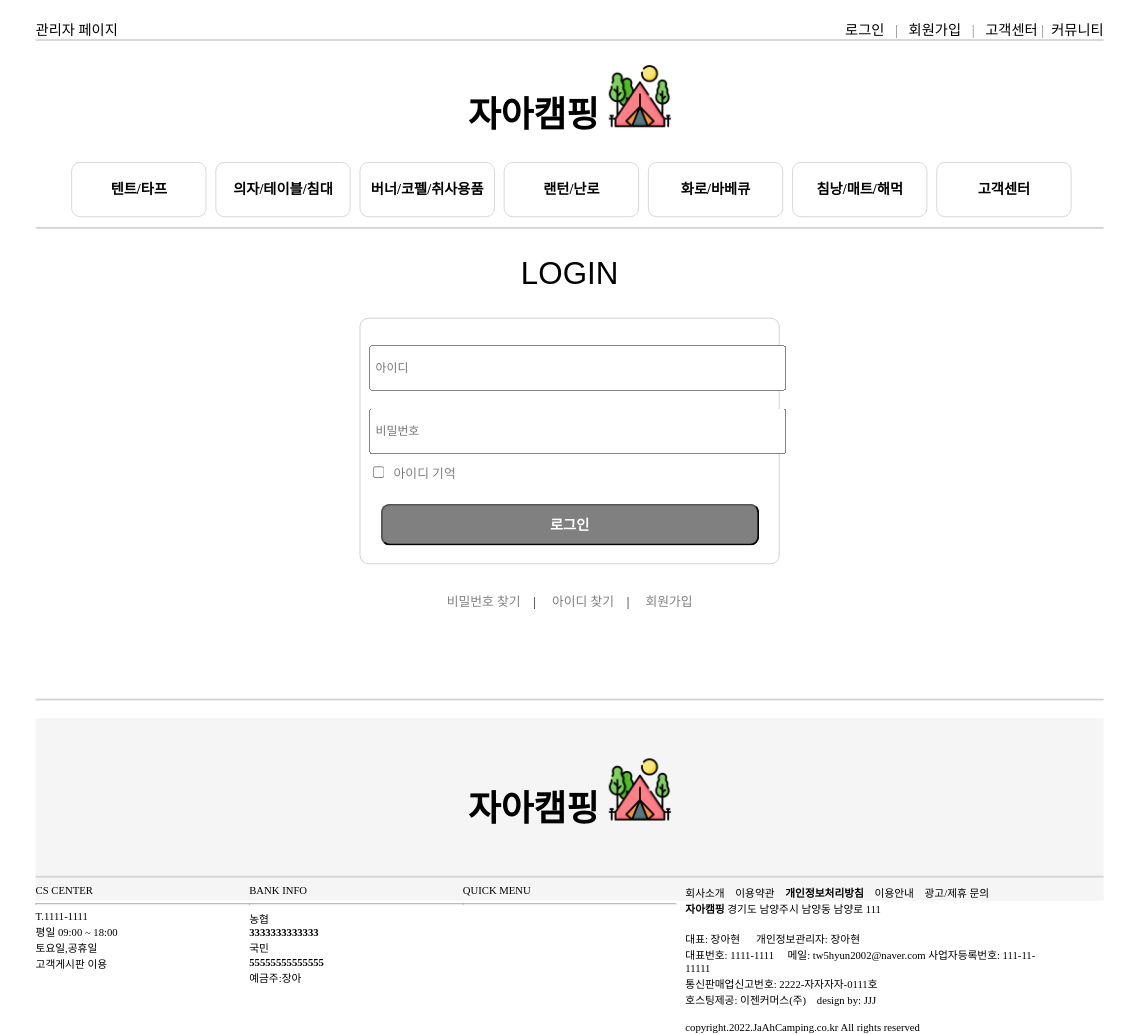
Repository: JJang-Ah/JSP-shoping-mall-project
Page: http://localhost/JaAhCamping/logon/memberLoginForm.jsp
The author's editor kept a copy of each file at every save. The page is drawn from the files as they stood at one save, then again after the next save.
The browser window is 1280 px wide. The pictures show the whole page, at 89% of full size.
Some web fonts or font styles are not loaded; a fallback is used. The page is served by Tomcat 9. Other server files are loaded and not shown.

Above is the page before, as saved 2022-06-12 14:45:52.

### JaAhCamping/WebContent/logon/memberLoginForm.jsp
<%@ page language="java" contentType="text/html; charset=UTF-8"
    pageEncoding="UTF-8"%>
<!DOCTYPE html>
<html>
<head>
<meta charset="UTF-8">
<title>로그인 폼</title>
<style>
@import url('https://fonts.googleapis.com/css2?family=Hammersmith+One&family=Paytone+One&display=swap');
#container { width: 1200px; margin: 0 auto;}
/* 상단 - 메인, 서브 타이틀 */
.t_title { font-family: 'Hammersmith One', sans-serif; font-size: 2.2em; text-align: center; margin: 30px 0;}

/* 중단 - 입력창 */
.f_input { width: 450px; text-align: center; border: 1px solid #ccc; padding: 10px; margin: 30px auto; border-radius: 10px;}
.f_input .c_id, .f_input .c_pwd { height: 45px; margin-top: 20px; padding-left: 5px;}
.f_input .f_chk { text-align: left; margin-top: 10px; font-size: 0.9em; color: gray;}
.f_input #btn_Login { width: 425px; height: 47px; margin-top: 25px; background: gray; color: white;
 font-size: 16px; font-weight: bold; cursor: pointer; margin-top: 25px; margin-bottom: 10px; border-radius: 10px;}

 /* 하단 - 비밀번호 찾기, 아이디 찾기, 회원가입 */
 .f_a { text-align: center; margin-top: 30px; font-size: 0.9em;}
 .f_a a {color: gray;}
 .t_line { border: 1px solid #e9ecef; margin: 20px 0;}


</style>

<script>
	document.addEventListener("DOMContentLoaded", function() {
		let form = document.loginForm;
		// 로그인 버튼을 클릭했을 때 유효성 검사 (공백 유무)
		let btn_Login = document.getElementById("btn_Login");
		btn_Login.addEventListener("click", function() {
			if(!form.id.value) {
				alert('아이디를 입력하시오.!');
				form.id.focus();
				return;
			}

			if(!form.pwd.value) {
				alert('비밀번호를 입력하시오.!');
				form.pwd.focus();
				return;
			}

			// 아이디 기억하기
			let now = new Date(); // 오늘 날짜
			let name = "cookieId"; // 쿠키 이름
			let value = form.id.value; // 쿠키 값

			if(form.chk.checked == true) { // 체크박스를 체크했을 때 -> 쿠키 생성
				// 만료시간: 지금으로부터 7일 후로 설정, 만료시간으로 사용
				now.setDate(now.getDate() + 7);
			} else { // 체크박스를 해제했을 때 -> 쿠키 삭제
				// 만료시간: 지금 시간으로 설정
				now.setDate(now.getDate() + 0);
			}

			// 쿠키 생성시에 필요한 정보 - 쿠키의 이름과 값, 위치, 만료시간
			// ;path=/;expires= : 현재 페이지의 위치
			document.cookie = name + "=" + escape(value) + ";path=/;expires=" +now.toGMTString() + ";";

			form.submit();
		})


		// 쿠키가 생성되어 있을 때 쿠키에 저장된 값인 아이디를 아이디 입력상자에 놓도록 하는 작업
		// 쿠키 확인 - 쿠키가 존재한다면
		if(document.cookie.length > 0) {
			var search = "cookieId=";
			var idx = document.cookie.indexOf(search); // 쿠키 중에서 cookieId=이 나오는 위치
			if(idx != -1) { // cookieId값이 존재한다면
				idx += search.length;
				var end = document.cookie.indexOf(';', idx);

				if(end == -1) {
					end = document.cookie.length;
				}

				form.id.value = document.cookie.substring(idx, end);
				form.chk.checked = true;
			}
		}
	})
</script>
</head>
<body>

<div id="container">
	<jsp:include page="../mall/shopTop.jsp"></jsp:include>
	<div class="t_title">LOGIN</div>

	<form action="memberLoginPro.jsp" method="post" name="loginForm">
		<div class="f_input">
			<div class="f_id"><input type="text" id="id" name="id" class="c_id" placeholder="아이디" size="55"></div>
			<div class="f_pwd"><input type="password" id="pwd" name="pwd" class="c_pwd" placeholder="비밀번호" size="55"></div>
			<div class="f_chk">
				<input type="checkbox" id="chk" class="c_chk" size="55" name="chk">&nbsp;
				<label for="chk">아이디 기억</label>
			</div>
			<div class="f_submit"><input type="button" value="로그인" id="btn_Login"></div>
		</div>
		<div class="f_a">
			<a href="#">비밀번호 찾기</a>&emsp;|&emsp;
			<a href="#">아이디 찾기</a>&emsp;|&emsp;
			<a href="../member/memberJoinForm.jsp">회원가입</a>
		</div>
	</form>
	<hr class="t_line">
	<jsp:include page="../mall/shopBottom.jsp"></jsp:include>
</div>

</body>
</html>

### JaAhCamping/WebContent/mall/shopTop.jsp
<%@ page language="java" contentType="text/html; charset=UTF-8"
    pageEncoding="UTF-8"%>
<!DOCTYPE html>
<html>
<head>
<meta charset="UTF-8">
<title>Insert title here</title>
<link href="https://fonts.googleapis.com/css2?family=Do+Hyeon&display=swap" rel="stylesheet">

<style>
#container { width: 1200px; margin: 20px auto;}
/* 상단 */
a { text-decoration: none; color: black;}
.t_box1 { text-align: right;}
.t_box1 #admin_page { display: inline-block; float: left;}
.t_box1 .user_menu { display: inline-block; float: right; color: gray;}
.h_line { clear: both; border: 1px solid lightgray; margin-top: 20px;}
.title { text-align: center; font-family: 'Do Hyeon', sans-serif; font-size: 40px;}
#camping { width: 70px; height: 70px;}
#title_sub_go { font-size: 0.8em;}

/* 메뉴 */
.m_menu { list-style: none; font-weight: bold;}
.m_menu .m_m_list { display: inline-block; float: left; width: 150px; height: 60px;
margin-right: 10px; border: 1px solid lightgray; text-align: center; line-height: 60px; border-radius: 10px;}
.m_menu > .m_m_list { position: relative;}
.m_menu { color: black;}
.m_menu > .m_m_list:hover >.s_menu { display: block;}
.m_m_list > .s_menu { display: none; position: absolute; top: 61px; border: 1px solid lightgray; background: white; border-radius: 10px;}
.s_menu .s_m_list { text-align: left; width: 200px;}

.t_line { clear: both; border: 1px solid lightgray; margin-top: 100px;}
</style>
</head>
<body>
<%
request.setCharacterEncoding("utf-8");

String memberId = (String)session.getAttribute("memberId");


%>
<div id="container">

	<div class="t_box1"> <%--  --%>
		<div id="admin_page"><a href="http://localhost:8088/JaAhCamping/manager/managerMain.jsp">관리자 페이지</a></div>
		<div class="user_menu">
		<%if(memberId == null) {  %>
			<a href="http://localhost:8088/JaAhCamping/logon/memberLoginForm.jsp"><span>로그인</span></a>&ensp; |&ensp;
			<a href="http://localhost:8088/JaAhCamping/member/memberJoinForm.jsp"><span>회원가입</span></a>&ensp; |&ensp;
		<%} else { %>
			<a href="../member/memberInfoForm.jsp"><span><%=memberId %>님</span></a>&ensp; |&ensp;
			<a href="../logon/memberLogout.jsp"><span>로그아웃</span></a>&ensp; |&ensp;
			<a href="cart/cartList.jsp"><span>장바구니</span></a>&ensp; |&ensp;
		<%} %>
		<a href="#">고객센터</a>&nbsp;|&nbsp;
		<a href="#">커뮤니티</a>
		</div>
	</div>
	<hr class="h_line">

	<%-- 상단 제목 --%>
	<h1 class="title"><a href="http://localhost:8088/JaAhCamping/mall/shopAll.jsp">자아캠핑&nbsp;<img alt="camping" src="/JaAhCamping/icons/camping.png" id="camping"></a></h1>



	<nav class="menu">
		<ul class="m_menu">
			<li class="m_m_list"><a href="#">텐트/타프</a>
				<div class="s_menu">
					<ul>
						<li class="s_m_list"><a href="#">텐트</a></li>
						<li class="s_m_list"><a href="#">텐트관련품</a></li>
						<li class="s_m_list"><a href="#">타프</a></li>
						<li class="s_m_list"><a href="#">폴대/펙/스트링/스토퍼</a></li>
						<li class="s_m_list"><a href="#">공구</a></li>
						<li class="s_m_list"><a href="#">기타(텐트/타프)</a></li>
					</ul>
				</div>
			</li>
			<li class="m_m_list"><a href="#">의자/테이블/침대</a>
				<div class="s_menu">
					<ul>
						<li class="s_m_list"><a href="#">의자</a></li>
						<li class="s_m_list"><a href="#">테이블</a></li>
						<li class="s_m_list"><a href="#">선반/수납가구</a></li>
						<li class="s_m_list"><a href="#">야전침대</a></li>
						<li class="s_m_list"><a href="#">퍼니쳐</a></li>
						<li class="s_m_list"><a href="#">기타(의자/테이블/침대)</a></li>
					</ul>
				</div>
			</li>
			<li class="m_m_list"><a href="#">버너/코펠/취사용품</a>
				<div class="s_menu">
					<ul>
						<li class="s_m_list"><a href="#">버너</a></li>
						<li class="s_m_list"><a href="#">코펠</a></li>
						<li class="s_m_list"><a href="#">취사용품</a></li>
						<li class="s_m_list"><a href="#">식기류</a></li>
						<li class="s_m_list"><a href="#">기타(버터/코펠/취사용품)</a></li>
					</ul>
				</div>
			</li>
			<li class="m_m_list"><a href="#">랜턴/난로</a>
				<div class="s_menu">
					<ul>
						<li class="s_m_list"><a href="#">랜턴</a></li>
						<li class="s_m_list"><a href="#">후레쉬</a></li>
						<li class="s_m_list"><a href="#">난로</a></li>
						<li class="s_m_list"><a href="#">액세서리</a></li>
						<li class="s_m_list"><a href="#">기타(랜턴/난로)</a></li>
					</ul>
				</div>
			</li>
			<li class="m_m_list"><a href="#">화로/바베큐</a>
				<div class="s_menu">
					<ul>
						<li class="s_m_list"><a href="#">화로대</a></li>
						<li class="s_m_list"><a href="#">바베큐 그릴</a></li>
						<li class="s_m_list"><a href="#">토치</a></li>
						<li class="s_m_list"><a href="#">바베큐 소품</a></li>
						<li class="s_m_list"><a href="#">기타(화로/바베큐)</a></li>
					</ul>
				</div>
			</li>
			<li class="m_m_list"><a href="#">침낭/매트/해먹</a>
				<div class="s_menu">
					<ul>
						<li class="s_m_list"><a href="#">침낭</a></li>
						<li class="s_m_list"><a href="#">베개/쿠션/방석</a></li>
						<li class="s_m_list"><a href="#">매트</a></li>
						<li class="s_m_list"><a href="#">해먹</a></li>
						<li class="s_m_list"><a href="#">기타(침낭/매트/해먹)</a></li>
					</ul>
				</div>
			</li>
			<li class="m_m_list"><a href="#">고객센터</a>
			</li>
		</ul>
	</nav>
	<hr class="t_line">
</div>

</body>
</html>

### JaAhCamping/WebContent/mall/shopBottom.jsp
<%@ page language="java" contentType="text/html; charset=UTF-8"
    pageEncoding="UTF-8"%>
<!DOCTYPE html>
<html>
<head>
<meta charset="UTF-8">
<title>Insert title here</title>
<style>
#container_bottom {  width: 100%; background: #f5f5f5;}

.b_line { border: 1px solid lightgray; margin-top: 50px;}
.b_boxes { font-size: 12px;}
.b_boxes div { display: inline-block; float: left;}
.b_box1 { width: 20%;}
.b_box2 { width: 20%;}
.b_box3 { width: 20%;}
.b_box4 { width: 35%; margin-left: 10px;}


</style>
</head>
<body>
<div id="container_bottom">
	<br>
	<h1 class="title"><a href="http://localhost:8088/JaAhCamping/mall/shopAll.jsp">자아캠핑&nbsp;<img alt="camping" src="/JaAhCamping/icons/camping.png" id="camping"></a></h1>
	<hr class="b_line">
	<div class="b_boxes">
		<div class="b_box1">
			<span>CS CENTER</span>
			<hr>
			<span>T.1111-1111</span><br>
			<span>평일 09:00 ~ 18:00<br>
			토요일,공휴일<br>
			고객게시판 이용</span>
		</div>
		<div class="b_box2">
			<span>BANK INFO</span>
			<hr>
			<span>
			농협 <br>
			<b>3333333333333</b><br>
			국민<br>
			<b>55555555555555</b><br>
			예금주:장아
			</span>
		</div>
		<div class="b_box3">
			<span>QUICK MENU</span>
			<hr>
			<div>

			</div>
		</div>
		<div class="b_box4">
		회사소개 &ensp; 이용약관 &ensp; <b>개인정보처리방침 </b>&ensp; 이용안내 &ensp; 광고/제휴 문의<br>
		<b>자아캠핑</b>
		<span>
		경기도 남양주시 남양동 남양로 111 <br><br>
		대표: 장아현 &ensp;&ensp; 개인정보관리자: 장아현 <br>
		대표번호: 1111-1111&ensp;&ensp; 메일: tw5hyun2002@naver.com
		사업자등록번호: 111-11-11111<br>
		통신판매업신고번호: 2222-자자자자-0111호<br>
		호스팅제공: 이젠커머스(주)&ensp;&ensp;design by: JJJ<br><br>
		copyright.2022.JaAhCamping.co.kr All rights reserved
		</span>
		</div>
	</div>
	<br>

</div>
</body>
</html>

After the next save:
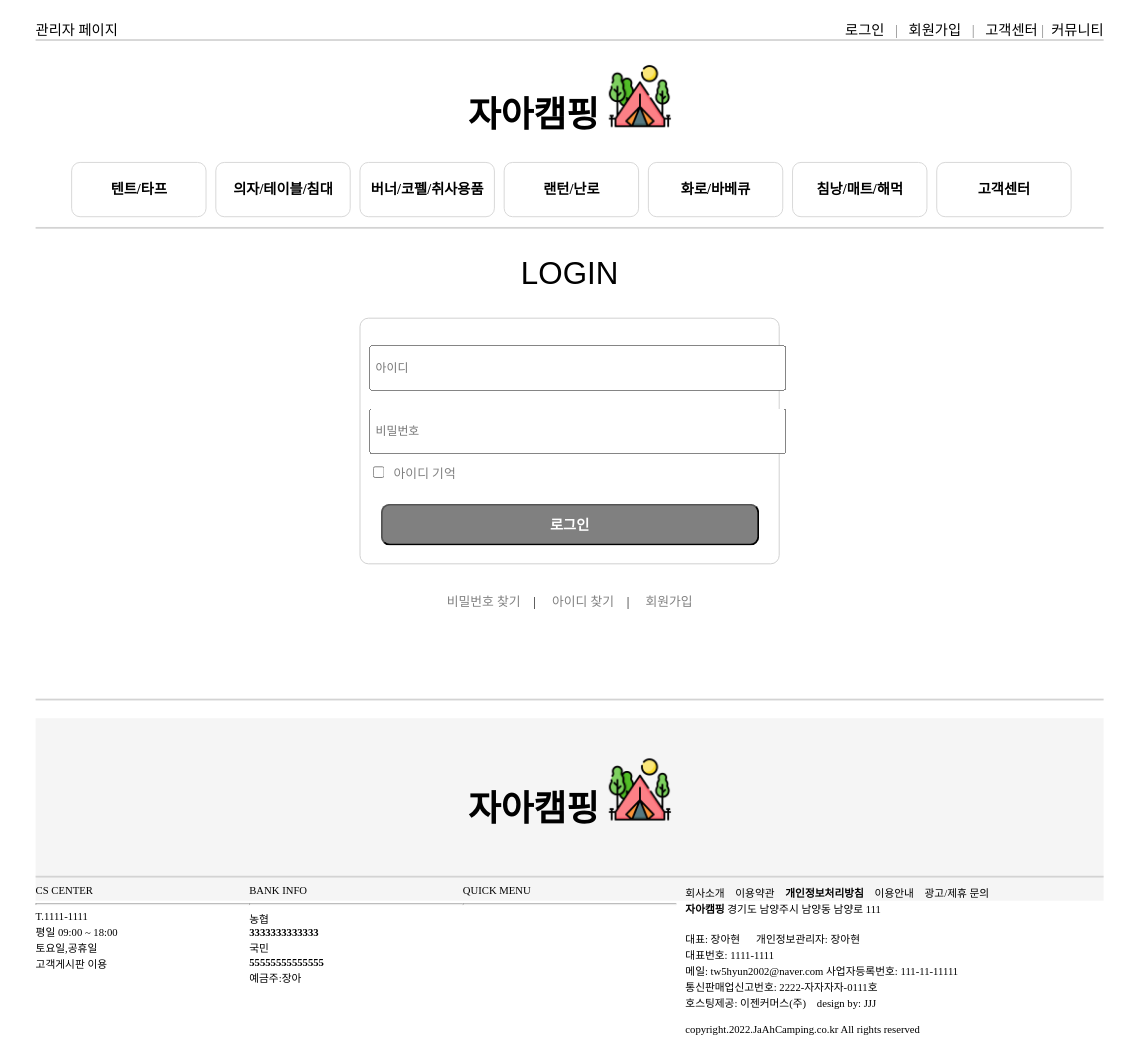
Saved 16 s later.
--- a/JaAhCamping/WebContent/mall/shopBottom.jsp
+++ b/JaAhCamping/WebContent/mall/shopBottom.jsp
@@ -57,7 +57,7 @@
 		<span>
 		경기도 남양주시 남양동 남양로 111 <br><br>
 		대표: 장아현 &ensp;&ensp; 개인정보관리자: 장아현 <br>
-		대표번호: 1111-1111&ensp;&ensp; 메일: tw5hyun2002@naver.com
+		대표번호: 1111-1111&ensp;&ensp; <br>메일: tw5hyun2002@naver.com
 		사업자등록번호: 111-11-11111<br>
 		통신판매업신고번호: 2222-자자자자-0111호<br>
 		호스팅제공: 이젠커머스(주)&ensp;&ensp;design by: JJJ<br><br>
